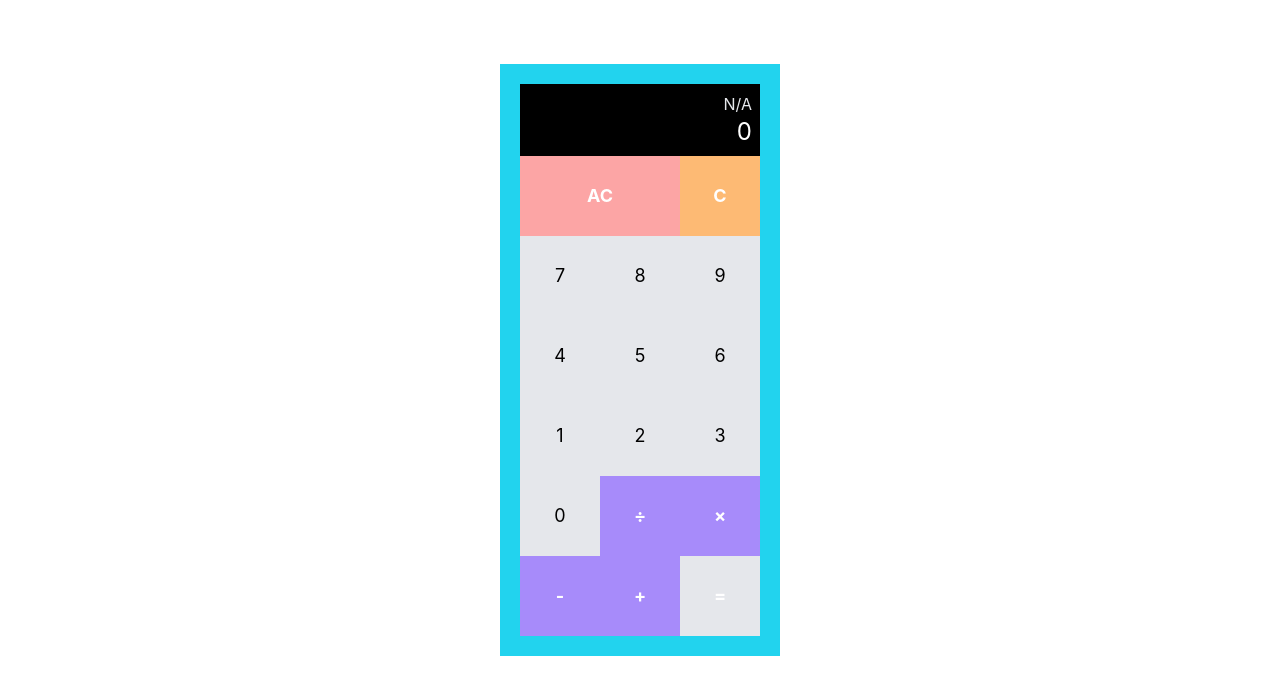
Repository: BrianPhamDev/calculator_app
Page: /
These files come from the project's save history. The page is drawn as it stood at one moment and after the next save; the edit follows.
The browser window is 1280 px wide. The pictures show the whole page.
The project was rebuilt for these pictures with package versions that can differ from the ones it lists, and the page was loaded fresh each time. Also part of the build but not shown: vite.config.js.

Above is the page before, as saved 2024-01-09 14:48:48.

After the next save:
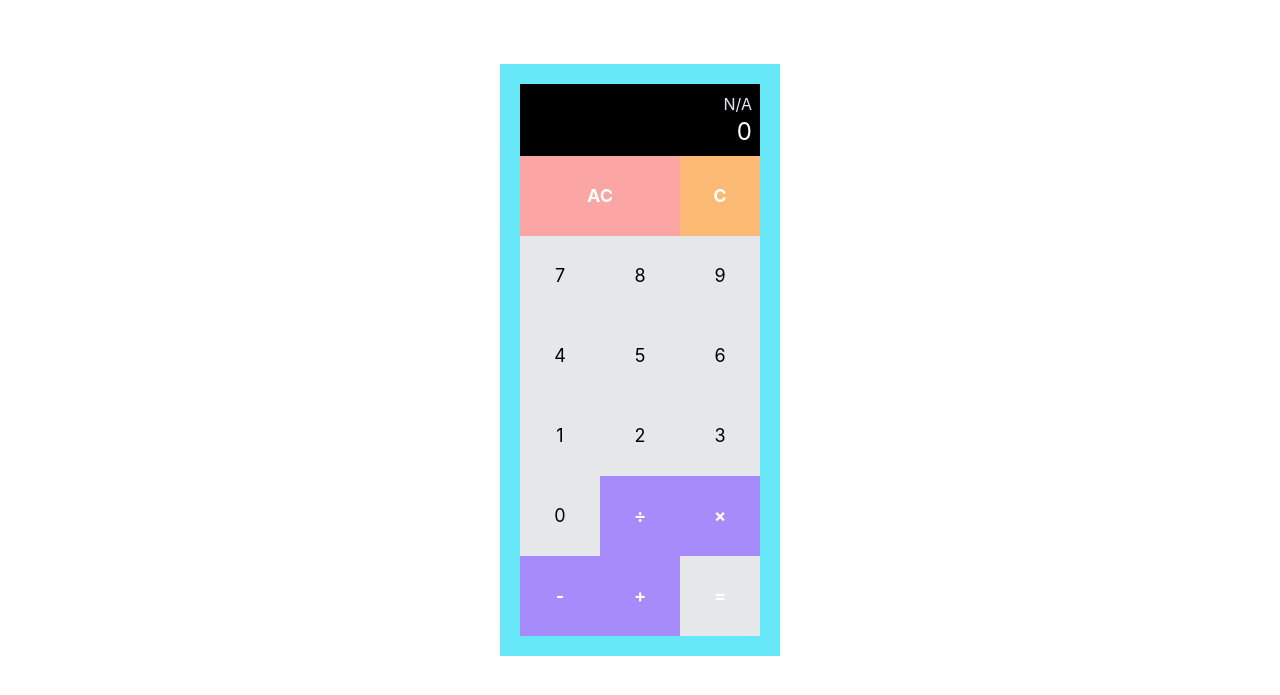
Saved 7 s later.
--- a/src/components/Calculator.jsx
+++ b/src/components/Calculator.jsx
@@ -16,7 +16,7 @@ const Calculator = () => {
   const [{ current, previous, operation }, dispatch] = useReducer(reducer, {});
 
   return (
-    <div className="border-[20px] border-cyan-400">
+    <div className="border-[20px] border-cyan-300">
       <div className="w-60 h-fit bg-black text-white flex flex-col items-end justify-around p-2 break-words break-all">
         <div className="previous text-gray-200">{previous || "N/A"}</div>
         <div className="current text-2xl">{current || "0"}</div>
